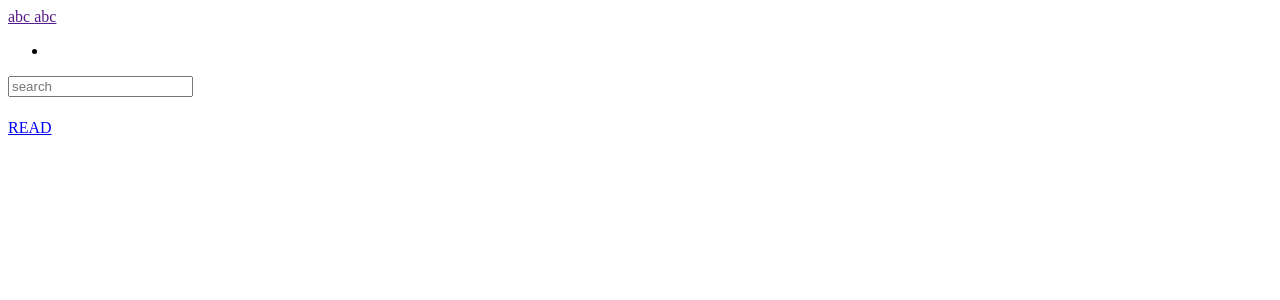
Repository: ssomnoremac/library-viewer
Page: app/view1/view1.html
The author's editor kept a record of every edit. The page is drawn from the files as they stood at one moment, then again after the next edit.
The browser window is 1280 px wide. The pictures show the whole page.

Above is the page before.

After the next edit:
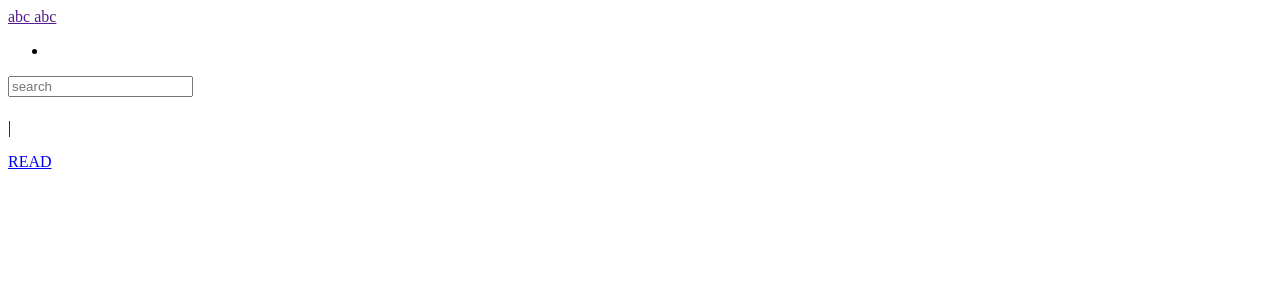
The edit:
--- a/app/view1/view1.html
+++ b/app/view1/view1.html
@@ -25,6 +25,7 @@
 			</div>
 			<div class="info-area">
 				<h5 class="library-item-title" data-ng-bind="book.doc.name"></h4>
+				<span data-ng-show="collapsed"> | </span>
 				<p class="library-item-author" data-ng-bind="book.doc.authors[0].full_name"></p>
 			</div>
 			<a href='#' class="button small" data-ng-hide="collapsed">READ</a>
